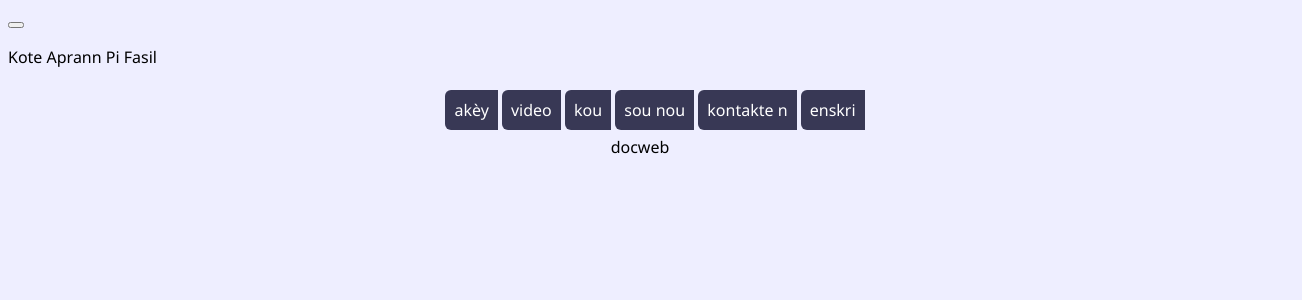
Repository: duperweb/docweb
Page: index.html
An editor plug-in stored every save of this project. The page is shown before and after a run of saves, followed by the edit.
The browser window is 1280 px wide. The page is 1302 px wide, so the pictures cover 1302 px, including what lies to the right of the window. The pictures show the whole page.

Above is the page before, as saved 2021-03-16 15:07:25.

After the next 2 saves:
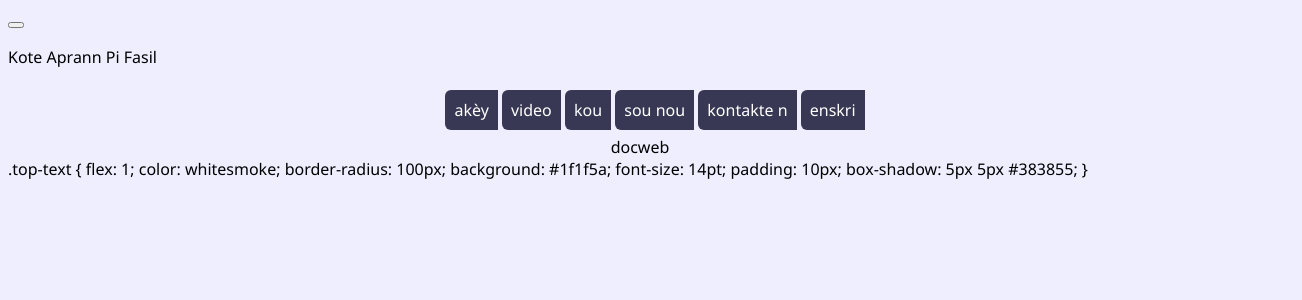
The 2 saves are shown as one change because they came seconds apart.
The last was saved 43 s later.
--- a/index.html
+++ b/index.html
@@ -34,7 +34,16 @@
             <span class="header-line"></span>
             <span class="top-text"> <span class="docweb-text-logo">docweb</span></span>
             <span class="header-line"></span>
-        </div>
+        </div>  .top-text {
+            flex: 1;
+            color: whitesmoke;
+            border-radius: 100px;
+            background: #1f1f5a;
+            font-size: 14pt;
+            padding: 10px;
+            box-shadow: 5px 5px #383855;
+        }
+
     </header><!--end of the HEADER SECTION-->
 
 <!--this the top line section-->

After the save that followed:
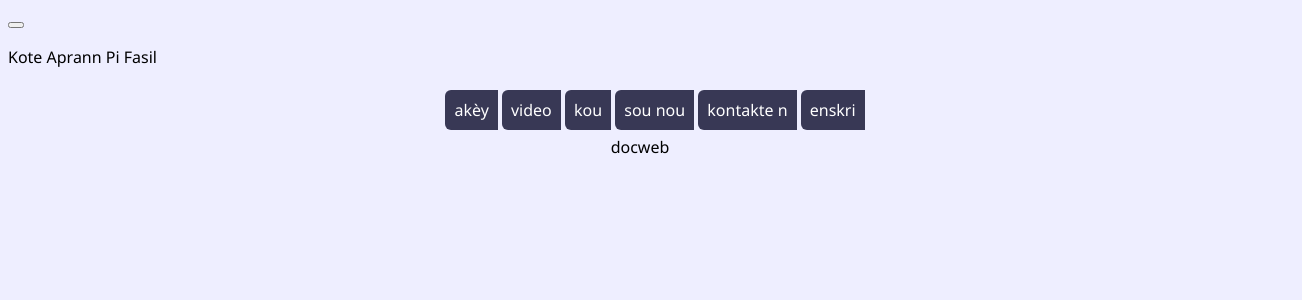
Saved 4 s later.
--- a/index.html
+++ b/index.html
@@ -34,15 +34,7 @@
             <span class="header-line"></span>
             <span class="top-text"> <span class="docweb-text-logo">docweb</span></span>
             <span class="header-line"></span>
-        </div>  .top-text {
-            flex: 1;
-            color: whitesmoke;
-            border-radius: 100px;
-            background: #1f1f5a;
-            font-size: 14pt;
-            padding: 10px;
-            box-shadow: 5px 5px #383855;
-        }
+        </div>
 
     </header><!--end of the HEADER SECTION-->
 
